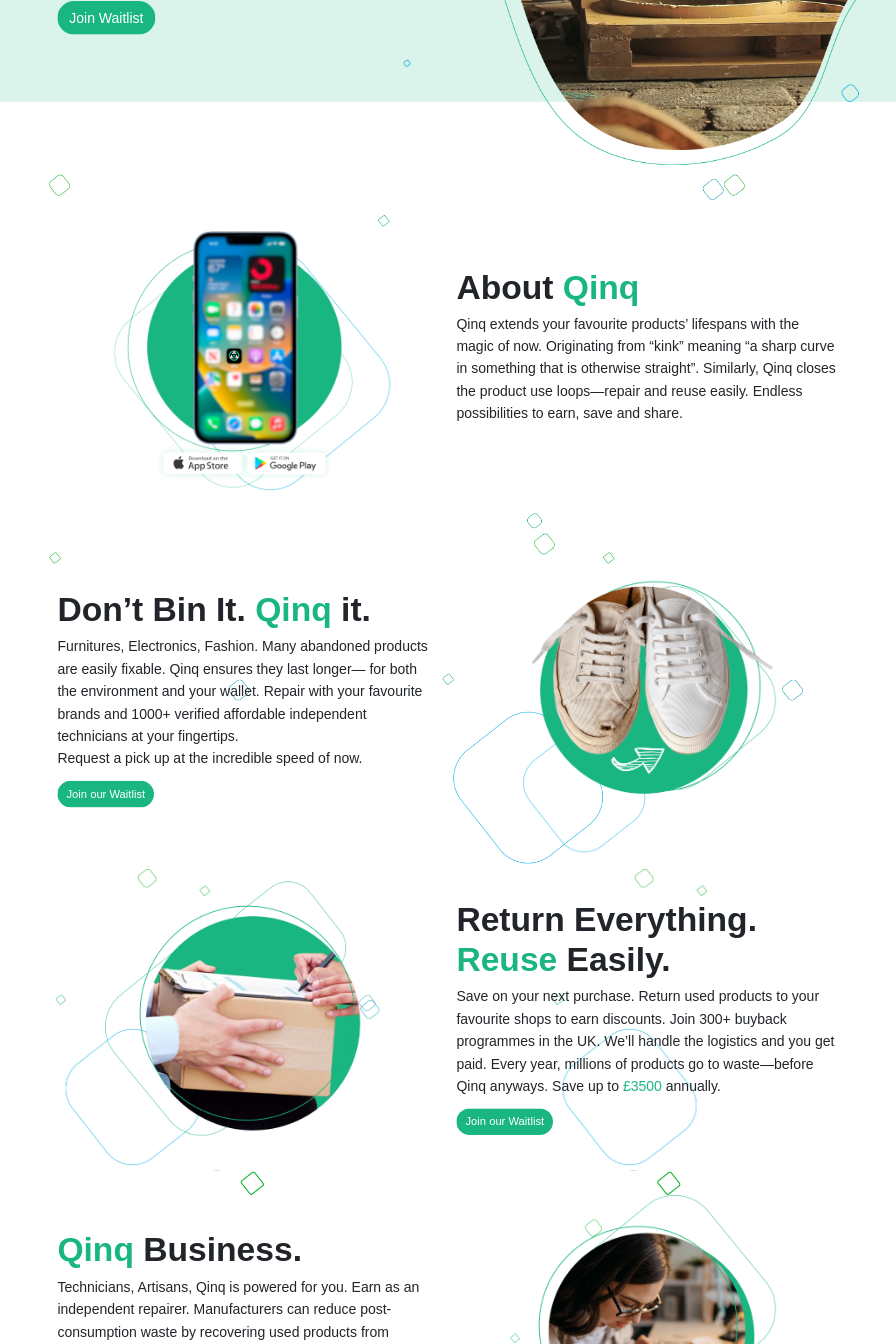
Repository: HelloQinq2023/qinq.github.io
Page: index.html
An editor plug-in stored every save of this project. The page is shown before and after a run of saves, followed by the edit.
The browser window is 1280 px wide. The pictures show the part of the page from y = 618 to 2538 px (the page is 3738 px tall before and 854 px after), at 70% of full size.
Backgrounds fixed to the window are drawn as part of the page. Some web fonts or font styles are not loaded; a fallback is used.

Above is the page before, as saved 2023-02-23 12:45:43.

### index.html
<!doctype html>
<html lang="en">
  <head>
    <meta charset="utf-8">
    <meta name="viewport" content="width=device-width, initial-scale=1">
    <title>Qinq</title>
    <link href="https://cdn.jsdelivr.net/npm/bootstrap@5.3.0-alpha1/dist/css/bootstrap.min.css" rel="stylesheet" integrity="sha384-GLhlTQ8iRABdZLl6O3oVMWSktQOp6b7In1Zl3/Jr59b6EGGoI1aFkw7cmDA6j6gD" crossorigin="anonymous">
    <link rel="stylesheet" type="text/css" href="css/style.css" />
    <link rel="icon" href="images/fav/favicon.ico" sizes="16x16" />

  </head>
  <body>
    <nav class="navbar navbar-expand-lg bg-body-tertiary" style="z-index:2">
        <div class="container">
          <a class="navbar-brand" href="#"><img src="images/logo.png" class="w-50"></a>
          <button class="navbar-toggler" type="button" data-bs-toggle="collapse" data-bs-target="#navbarNav" aria-controls="navbarNav" aria-expanded="false" aria-label="Toggle navigation">
            <span class="navbar-toggler-icon"></span>
          </button>
          <div class="collapse navbar-collapse" id="navbarNav">
            <ul class="navbar-nav ms-auto">
              <li class="nav-item">
                <a class="nav-link active" aria-current="page" href="#">Home</a>
              </li>
              <li class="nav-item">
                <a class="nav-link" href="#">About</a>
              </li>
              <li class="nav-item">
                <a class="nav-link" href="#">Features</a>
              </li>
            </ul>
          </div>
        </div>
      </nav>

      <section id="hero" style="background:url('images/herobg.png'), rgba(26,182,130, 0.16);  background-size:contain; background-repeat: no-repeat;  background-attachment: fixed; background-position: center;" class="py-5">
        <div class="container py-5">
            <div class="row">
                <div class="col-md-6">
                    <h1 class="display-3" style="font-weight:600">
                        <span class="green">Repair</span> Anything. <br>
                        <span class="green">Reuse</span> Everything.<br>
                        <span class="green">Dispose</span> Nothing.
                    </h1>
                    <p class="mt-4 h5" >Use products longer and better.
                        Fashion, Electronics, Furnitures—Shop eco-friendly products. Locate reliable independent technicians near you. Get rid of your waste bins.</p>

                        <button class="btn mt-4 rounded-pill greenbg text-white btn-lg btn-outline-0" type="button" data-bs-toggle="modal" data-bs-target="#exampleModal">Join Waitlist</button>

                </div>
                <div class="col-md-6 d-flex justify-content-center align-items-center ">
                    <img src="images/wm2.png" style="position:absolute; top:10; right:0; width:600px; float:right" class="d-none d-md-block">
                </div>
            </div>
        </div>
      </section>

      <section id="about"  class="pt-5 mt-2">
        <div class="container py-5 mt-5" style="background:url('images/about1section.png'); background-size:contain">
            <div class="row">
                <div class="col-md-6 d-flex justify-content-center align-items-center">
                    <img src="images/about1.png" class="w-75 img-fluid img-responsive img">
                </div>
                <div class="col-md-6 d-flex justify-content-center align-items-center">
                    <div>
                        <h2 class="display-5" style="font-weight:600">About<span class="green"> Qinq</span></h2>
                        <p>Qinq extends your favourite products’ lifespans with the magic of now.
                            Originating from “kink” meaning “a sharp curve in something that is otherwise straight”. Similarly, Qinq closes the product use loops—repair and reuse easily. Endless possibilities to earn, save and share.</p>
                    </div>
                </div>
            </div>
        </div>


        <div class="container py-3 mt-2" style="background:url('images/about2section.png'); background-size:contain">
            <div class="row">
                <div class="col-md-6 d-flex justify-content-center align-items-center">
                    <div>
                        <h2 class="display-5" style="font-weight:600">Don’t Bin It. <span class="green">Qinq</span> it.</h2>
                        <p>Furnitures, Electronics, Fashion.
                            Many abandoned products are easily fixable. Qinq ensures they last longer— for both the environment and your wallet.
                            Repair with your favourite brands and 1000+ verified affordable independent technicians at your fingertips.
                            <br>
                            Request a pick up at the incredible speed of now.</p>
                            <button class="btn greenbg text-white rounded-pill"> Join our Waitlist</button>
                    </div>
                </div>
                <div class="col-md-6 d-flex justify-content-center align-items-center">
                    <img src="images/about2.png" class="w-75 img-fluid img-responsive img">
                </div>
            </div>

        </div>
      </section>

      <section id="features">
        <div class="container py-3 mt-2" style="background:url('images/about2section.png'); background-size:contain; background-position:50% 50%">
            <div class="row">
                <div class="col-md-6 d-flex justify-content-center align-items-center">
                    <img src="images/features.png" class="w-75 img-fluid img-responsive img">
                </div>
                <div class="col-md-6 d-flex justify-content-center align-items-center">
                    <div>
                        <h2 class="display-5" style="font-weight:600">Return Everything.<span class="green"> Reuse</span> Easily.</h2>
                        <p>Save on your next purchase. Return used products to your favourite shops to earn discounts. Join 300+ buyback programmes in the UK. We’ll handle the logistics and you get paid.
                            Every year, millions of products go to waste—before Qinq anyways. Save up to <span class="green">£3500</span> annually.</p>

                            <button class="btn greenbg text-white rounded-pill"> Join our Waitlist</button>
                    </div>
                </div>
            </div>
        </div>

        <div class="container py-3 mt-2" style="background:url('images/features2bg.png'); background-size:contain; background-position:center 10%">
            <div class="row">
                <div class="col-md-6 d-flex justify-content-center align-items-center">
                    <div>
                        <h2 class="display-5" style="font-weight:600"><span class="green">Qinq</span> Business.</h2>
                        <p>Technicians, Artisans, Qinq is powered for you. Earn as an independent repairer.
                            Manufacturers can reduce post-consumption waste by recovering used products from consumers. Boost customer retention. Qinq is designed to offer a reliable solution to reverse logistical problems. Affordable, safe, and sustainable.</p>
                    </div>
                </div>
                <div class="col-md-6 d-flex justify-content-center align-items-center">
                    <img src="images/features1.png" class="w-75 img-fluid img-responsive img">
                </div>
            </div>

        </div>


        <div class="container py-3 mt-2">
            <div class="row">
                <div class="col-md-6 d-flex justify-content-center align-items-center">
                    <img src="images/features2.png" class="w-75 img-fluid img-responsive img">
                </div>
                <div class="col-md-6 d-flex justify-content-center align-items-center">
                    <div>
                        <h2 class="display-5" style="font-weight:600">Drive with<span class="green"> Qinq.</span></h2>
                        <p>Looking to earn extra cash per mile as a driver in the UK? Try Qinq today.
                            Unlock the power of flexibility with our geo-optimised software to earn while you drive.
                            Same route. Same cost. Higher pay. Be your own boss.</p>

                            <button class="btn greenbg text-white rounded-pill"> Join our Waitlist</button>
                    </div>
                </div>
            </div>
        </div>
      </section>

      <section id="imagine" class="py-5" style="background-image:url('images/footerbg.png'); background-size:contain">
        <div class="container text-center py-5 text-white">
            <h2 class="display-5" style="font-weight:600">Imagine a world without waste bins? Exhilarating.</h2>
            <p>Qinq embodies a co-creative culture.
                Our mission is definite and eloquent. However, we need your support actualise our vision. Let’s journey together for people, planet and prosperity.</p>
                <button class="btn bg-white green rounded-pill py-2 px-3">Lend your Support</button>
        </div>
      </section>

      <section id="footer">
       <div class="container pt-3 pb-5">
        <div class="row">
          <div class="col-md-4">
            <a class="navbar-brand" href="#"><img src="images/logo.png" class="w-25"></a>
          </div>

          <div class="col-md-4 ">
            <div class="d-flex justify-content-center align-items-center">
            <div class="d-none d-md-block">
              <div class="d-inline p-3">Home</div>
              <div class="d-inline p-3">About</div>
              <div class="d-inline p-3">Features</div>
            </div>
          </div>

            <div class="d-block d-md-none float-left mt-3">
              <span class="d-block p-2">Home</span>
              <span class="d-block p-2">About</span>
              <span class="d-block p-2">Features</span>
            </div>
          </div>

          <div class="col-md-4 d-flex justify-content-center align-items-center">
              <div class="d-inline p-3"><img src="images/fb.png" width="30" height="30"></div>
              <div class="d-inline p-3"><img src="images/ig.png" width="30" height="30"></div>
              <div class="d-inline p-3"><img src="images/twitter.png" width="30" height="30"></div>
          </div>
        </div>
       </div>
      </section>
      <!----MODAL-->
      <div class="modal fade" id="exampleModal" tabindex="-1" role="dialog" aria-labelledby="exampleModalLabel" aria-hidden="true">
        <div class="modal-dialog" role="document">
          <div class="modal-content">
            <div class="modal-header">
              <h5 class="modal-title" id="exampleModalLabel">Form</h5>
              <button type="button" class="close" data-dismiss="modal" aria-label="Close">
                <span aria-hidden="true">&times;</span>
              </button>
            </div>
            <form>
            <div class="modal-body">
                    <div class="form-group">
                      <label for="exampleInputEmail1">Name</label>
                      <input type="text" class="form-control" id="exampleInputEmail1" aria-describedby="emailHelp" placeholder="Enter Name">
                      <small id="emailHelp" class="form-text text-muted">We'll like to know you on a more friendly basis</small>
                    </div>

                    <div class="form-group">
                      <label for="exampleInputEmail1">Email address</label>
                      <input type="email" class="form-control" id="exampleInputEmail1" aria-describedby="emailHelp" placeholder="Enter email">
                      <small id="emailHelp" class="form-text text-muted">We'll never share your email with anyone else.</small>
                    </div>

                    <label></label>
                    <select class="form-select" aria-label="Default select example">
                        <option selected>Use Longer</option>
                        <option value="1">Repairer</option>
                        <option value="2">Business</option>
                        <option value="3">Drive</option>
                      </select>
            </div>
            <div class="modal-footer">
              <button type="button" class="btn btn-secondary" data-dismiss="modal">Close</button>
              <button type="button" class="btn btn-primary">Submit</button>
            </div>
        </form>
          </div>
        </div>
      </div>
    </body>
    <script src="https://code.jquery.com/jquery-3.6.3.js" integrity="sha256-nQLuAZGRRcILA+6dMBOvcRh5Pe310sBpanc6+QBmyVM=" crossorigin="anonymous"></script>
    <script src="https://cdn.jsdelivr.net/npm/@popperjs/core@2.11.6/dist/umd/popper.min.js" integrity="sha384-oBqDVmMz9ATKxIep9tiCxS/Z9fNfEXiDAYTujMAeBAsjFuCZSmKbSSUnQlmh/jp3" crossorigin="anonymous"></script>
<script src="https://cdn.jsdelivr.net/npm/bootstrap@5.3.0-alpha1/dist/js/bootstrap.min.js" integrity="sha384-mQ93GR66B00ZXjt0YO5KlohRA5SY2XofN4zfuZxLkoj1gXtW8ANNCe9d5Y3eG5eD" crossorigin="anonymous"></script></html>

### css/style.css
@import url('https://fonts.cdnfonts.com/css/mont');

body{
	font-family: 'Mont', sans-serif;
}

p{
	font-weight:normal;
	font-size:20px;
	line-height:32px
}
.green{
    color:#1ab682
}

.greenbg{
    background-color: #1ab682;
}

.bounce{
    animation: bounce 5s infinite;
	-webkit-animation: bounce 5s infinite;
	-moz-animation: bounce 2s infinite;
	-o-animation: bounce 2s infinite;
}

@-webkit-keyframes bounce {
	0%, 20%, 50%, 80%, 100% {-webkit-transform: translateY(0);}
	40% {-webkit-transform: translateY(-30px);}
}

@-moz-keyframes bounce {
	0%, 20%, 50%, 80%, 100% {-moz-transform: translateY(0);}
}

@-o-keyframes bounce {
	0%, 20%, 50%, 80%, 100% {-o-transform: translateY(0);}
}
@keyframes bounce {
	0%, 20%, 50%, 80%, 100% {transform: translateY(0);}
	40% {-webkit-transform: translateY(-30px);}
}

After the next 2 saves:
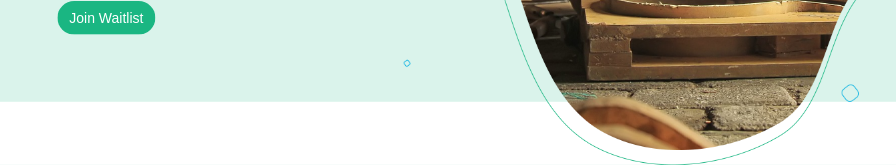
The 2 saves are shown as one change because they came seconds apart.
The last was saved 2 min 16 s later.
--- a/index.html
+++ b/index.html
@@ -54,7 +54,8 @@
         </div>
       </section>
 
-      <section id="about"  class="pt-5 mt-2">
+      <section id="about"  class="pt-5 mt-2 d-block d-md-none  d-none d-md-block">
+        <section id="about"  class="pt-5 d-block d-md-none  d-none d-md-block">
         <div class="container py-5 mt-5" style="background:url('images/about1section.png'); background-size:contain">
             <div class="row">
                 <div class="col-md-6 d-flex justify-content-center align-items-center">
